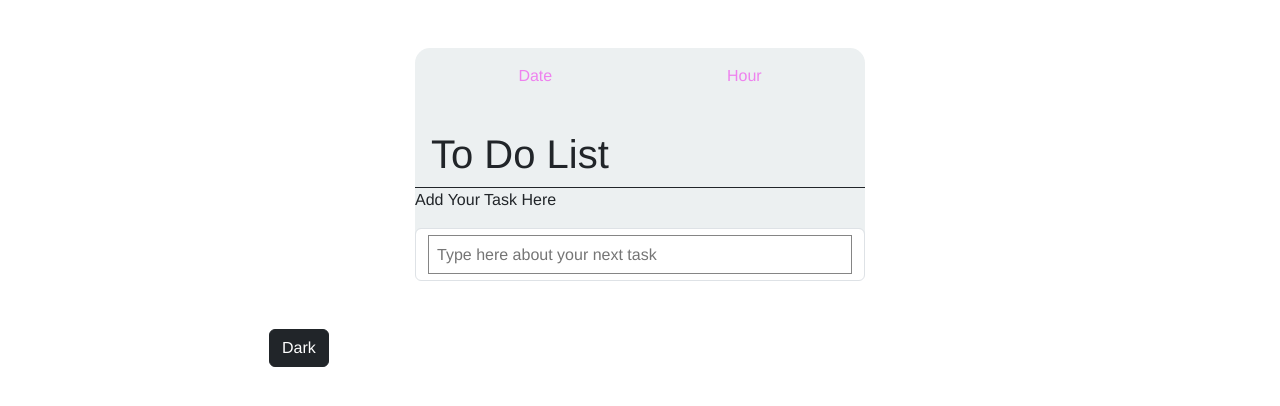
Repository: Passionblaz/TODO
Page: TODO/Untitled-1.html
The author's editor kept a copy of each file at every save. The page is drawn from the files as they stood at one save, then again after a run of saves.
The browser window is 1280 px wide. The pictures show the whole page.

Above is the page before, as saved 2023-07-14 11:50:54.

### TODO/Untitled-1.html
<!DOCTYPE html>
<html lang="en">
<head>
  <meta charset="UTF-8">
  <meta name="viewport" content="width=device-width, initial-scale=1.0">
  <title>Document</title>
  <link href="https://cdn.jsdelivr.net/npm/bootstrap@5.3.0/dist/css/bootstrap.min.css" rel="stylesheet" integrity="sha384-9ndCyUaIbzAi2FUVXJi0CjmCapSmO7SnpJef0486qhLnuZ2cdeRhO02iuK6FUUVM" crossorigin="anonymous">
  <!-- Bootstrap Bundle JS (jsDelivr CDN) -->
  <script defer src="https://cdn.jsdelivr.net/npm/bootstrap@5.3.0/dist/js/bootstrap.bundle.min.js" integrity="sha384-geWF76RCwLtnZ8qwWowPQNguL3RmwHVBC9FhGdlKrxdiJJigb/j/68SIy3Te4Bkz" crossorigin="anonymous"></script>
  <link rel="stylesheet" href="todostyles.css">
</head>
<body>
<div class="todo-container">
  <div class="date-hour">
    <p class="date">Date</p>
    <p class="hour">Hour</p>
  </div>
<header>
  <h1>To Do List</h1>
</header>

<form action="" id="todo-form">
  <p>Add Your Task Here</p>
<div class="form-control">
<input type="text" id="todo-input" placeholder="Type here about your next task">

</div>

</form>



</div>



  <div class="button">
     <button type="button" class="btn btn-dark">Dark</button>
    </div>


    </body>
</html>

### TODO/todostyles.css
*{
  padding: 0;
  margin: 0;
  box-sizing: border-box;
}
body{
  font-family: 'Franklin Gothic Medium', 'Arial Narrow', Arial, sans-serif;
  background: rgb(red, green, blue);

}
.form-control {
  display: flex;
}
.form-control input {
  flex: 1;
  outline: 0;
box-shadow: none;
border: 1px solid #858585;
}
.form-control button:hover {
  background-color: green;
}
.date-hour {
  display: flex;
  justify-content: space-around;
  align-items:center;
  padding: 1rem 1rem 1.5rem 1rem;
  font-size: 16px;
  color: violet;
}
button {
  background-color: darkorange;
  color: blue;
  border: 2px solid red;
  padding: 0.2rem 0.4rem;
  font-size: .8rem;
  cursor: pointer;
  justify-content: center;
  align-items: center;
  transition: .4s;
  border: 1px solid orange;
}
button:hover {
  background-color: orangered;
  color: white;
}
button > i {
  font-weight: bold;
  pointer-events: none;
}
input {
  padding: .4rem .5rem;
}
.hide {
  display: none;
}
.todo-container {
  background-color: #ecf0f1;
  border-radius: 15px;
  width: 450px;
  margin: 3rem auto;
  padding: 1.5.rem;
}
.todo-container header {
  padding: 0.1rem 1rem;
border-bottom: 1px solid;

}




.button {
  padding-left: 269px;

}

After the next 5 saves:
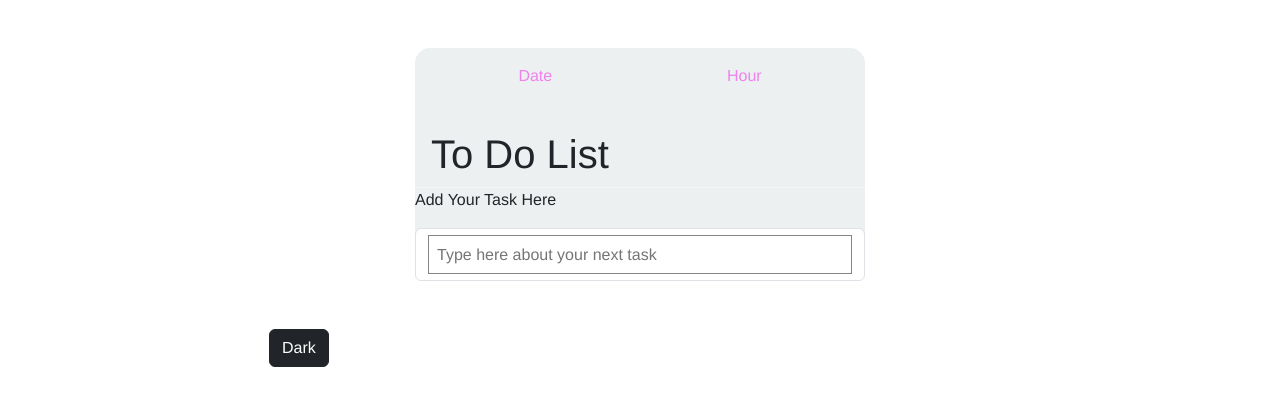
The 5 saves are shown as one change because they came seconds apart.
The last was saved 15 s later.
--- a/TODO/todostyles.css
+++ b/TODO/todostyles.css
@@ -63,8 +63,7 @@ input {
 }
 .todo-container header {
   padding: 0.1rem 1rem;
-border-bottom: 1px solid;
-
+border-bottom: 1px solid whitesmoke;
 }
 
 
